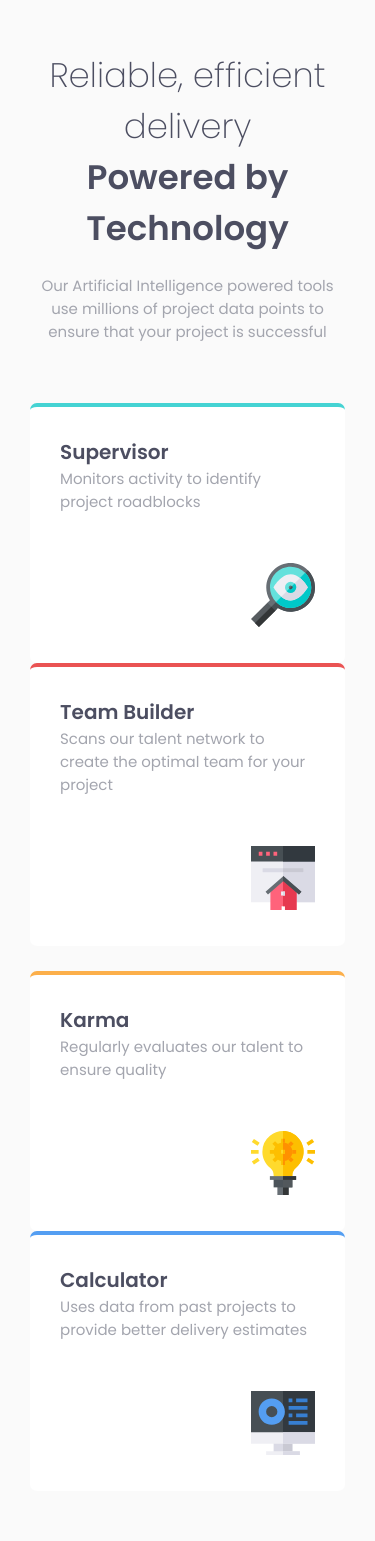
Repository: superZXMzzl/FrontendMentor
Page: four-card-feature-section-master/index.html
The author's editor kept a copy of each file at every save. The page is drawn from the files as they stood at one save, then again after the next save.
The browser window is 375 px wide. The pictures show the whole page.

Above is the page before, as saved 2022-05-10 18:53:40.

After the next save:
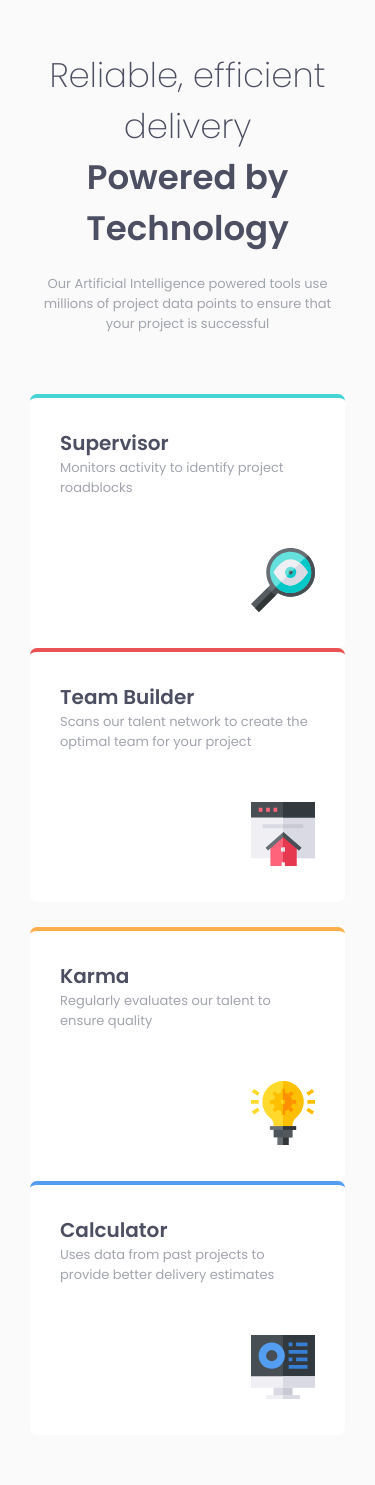
Saved 2 min 5 s later.
--- a/four-card-feature-section-master/style.css
+++ b/four-card-feature-section-master/style.css
@@ -97,3 +97,13 @@ body {
         display: block;
     }
 }
+
+@media screen and (max-width:425px){
+    body {
+        font-size: 13px;
+    }
+
+    .textBox {
+
+    }
+}
